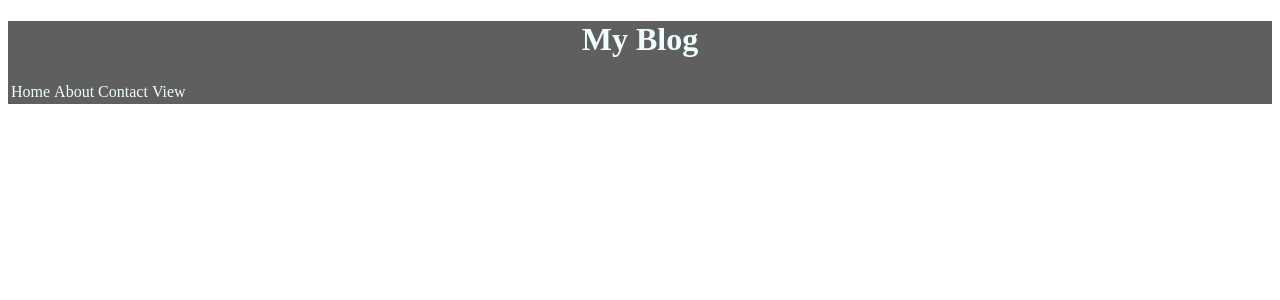
Repository: obusakthi539/Loginform
Page: Myblog.html
An editor plug-in stored every save of this project. The page is shown before and after a run of saves, followed by the edit.
The browser window is 1280 px wide. The pictures show the whole page.

Above is the page before, as saved 2025-01-12 12:29:47.

After the next 5 saves:
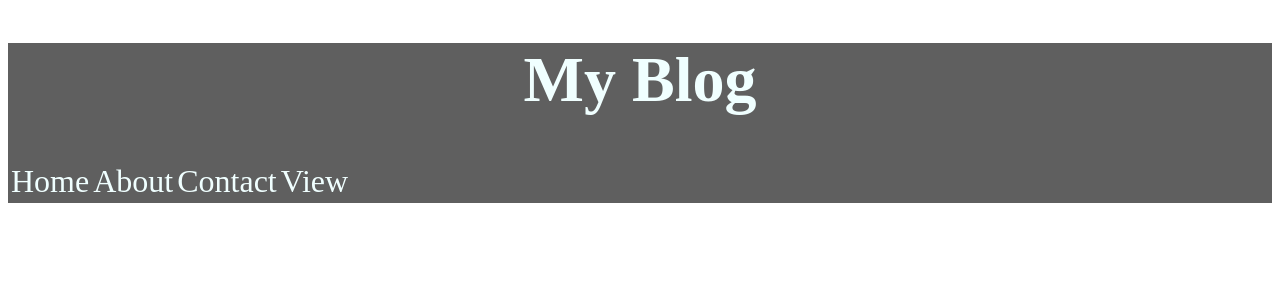
The 5 saves are shown as one change because they came seconds apart.
The last was saved 42 s later.
--- a/Myblog.html
+++ b/Myblog.html
@@ -9,6 +9,8 @@
             background-color: rgba(0, 0, 0, 0.626);
             color: azure;
             text-align: center;
+            font-size: xx-large;
+
         }
     </style>
 </head>
